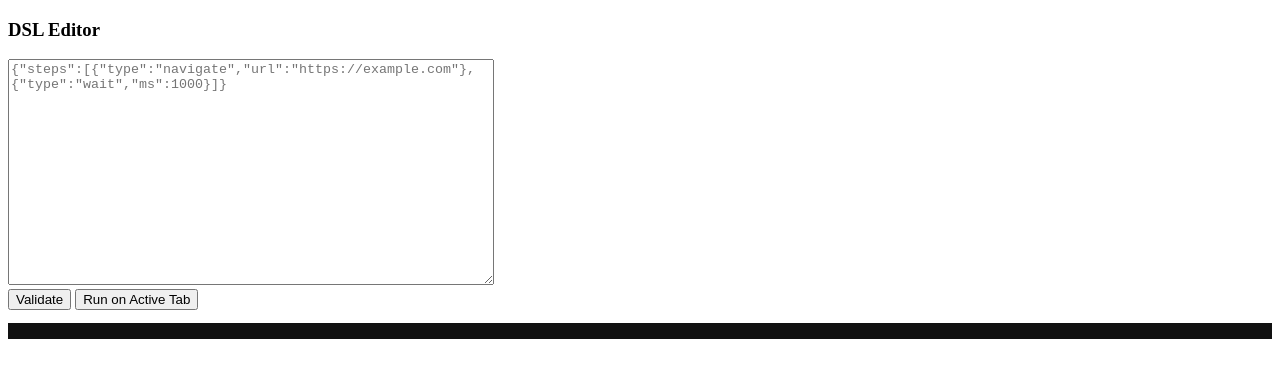
Repository: usemanusai/jaegis-nexus-sync
Page: apps/chrome-extension/src/popup/dsl.html
These files come from the project's save history. The page is drawn as it stood at one moment and after the next save; the edit follows.
The browser window is 1280 px wide. The pictures show the whole page.

Above is the page before, as saved 2025-08-26 04:35:35.

### apps/chrome-extension/src/popup/dsl.html
<!doctype html>
<html>
  <head><meta charset="UTF-8"/><title>DSL Editor</title></head>
  <body>
    <h3>DSL Editor</h3>
    <textarea id="dsl" style="width:480px;height:220px" placeholder='{"steps":[{"type":"navigate","url":"https://example.com"},{"type":"wait","ms":1000}]}'></textarea>
    <div>
      <button id="validate">Validate</button>
      <button id="run">Run on Active Tab</button>
    </div>
    <pre id="out" style="background:#111;padding:8px"></pre>
    <script type="module">
      function parse(){ try { return JSON.parse(document.getElementById('dsl').value) } catch { return null } }
      document.getElementById('validate').addEventListener('click', async ()=>{
        const dsl = parse()
        const r = await chrome.runtime.sendMessage({ type: 'AGI_VALIDATE_DSL', dsl })
        document.getElementById('out').textContent = JSON.stringify(r, null, 2)
      })
      document.getElementById('run').addEventListener('click', async ()=>{
        const dsl = parse()
        const [tab] = await chrome.tabs.query({active:true,currentWindow:true})
        const r = await chrome.runtime.sendMessage({ type: 'AGI_RUN_DSL', tabId: tab.id, dsl })
        document.getElementById('out').textContent = JSON.stringify(r, null, 2)
      })
    </script>
  </body>
</html>

### apps/chrome-extension/src/popup/dsl.css
body{font-family:system-ui,Segoe UI,Arial,sans-serif;background:#0b0b0b;color:#eee;padding:12px}
textarea{background:#111;color:#cfc;border:1px solid #333;border-radius:6px;padding:8px}
.row{display:flex;gap:8px;align-items:flex-start;background:#111;padding:8px;margin:6px 0;border-radius:6px}
.row select,.row input,button{background:#1a1a1a;color:#eee;border:1px solid #333;border-radius:4px;padding:4px}
.fields{display:flex;gap:6px;align-items:center}
#steps{margin:8px 0}
#toolbar{display:flex;gap:8px;align-items:center;margin-bottom:8px}
#out{white-space:pre-wrap}

After the next save:
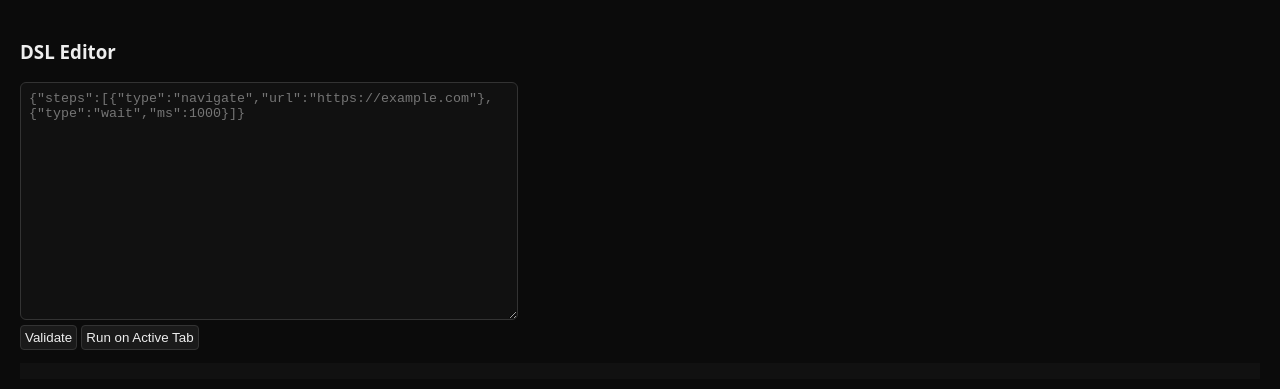
Saved 19 min 29 s later.
--- a/apps/chrome-extension/src/popup/dsl.html
+++ b/apps/chrome-extension/src/popup/dsl.html
@@ -3,6 +3,8 @@
   <head><meta charset="UTF-8"/><title>DSL Editor</title></head>
   <body>
     <h3>DSL Editor</h3>
+    <link rel="stylesheet" href="dsl.css"/>
+
     <textarea id="dsl" style="width:480px;height:220px" placeholder='{"steps":[{"type":"navigate","url":"https://example.com"},{"type":"wait","ms":1000}]}'></textarea>
     <div>
       <button id="validate">Validate</button>
